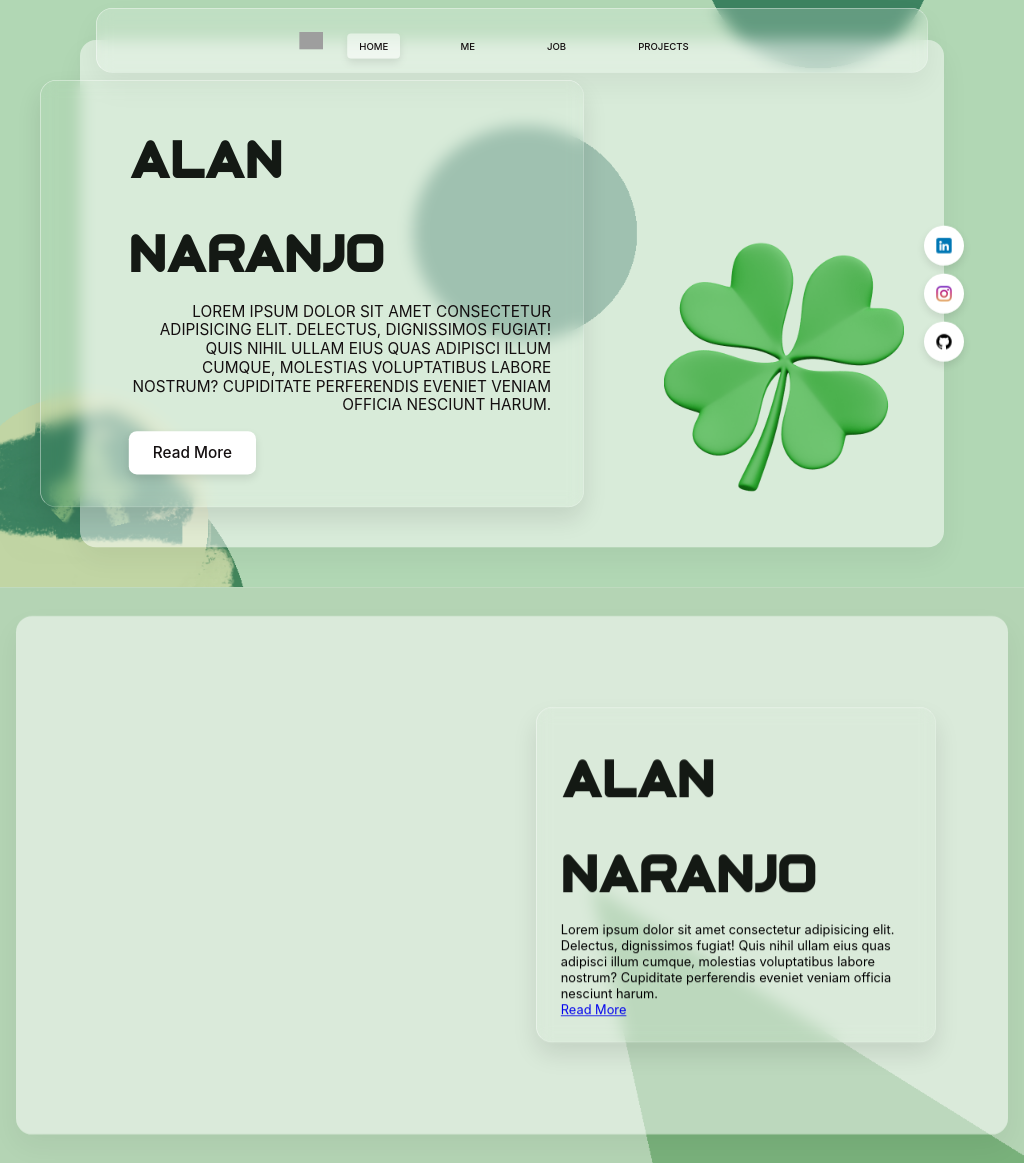
Repository: L-A-M-J-O/Me-sitio-Web
Page: / (app in my-project/)
These files come from the project's save history. The page is drawn as it stood at one moment and after the next save; the edit follows.
The browser window is 1280 px wide. The pictures show the whole page, at 80% of full size.
The pointer rests on the first visible `.content-me`.
Pictures or frames that could not be fetched are drawn as grey boxes. Backgrounds fixed to the window are drawn as part of the page. The project was rebuilt for these pictures with package versions that can differ from the ones it lists, and the page was loaded fresh each time.

Above is the page before, as saved 2022-09-20 16:11:45.

After the next save:
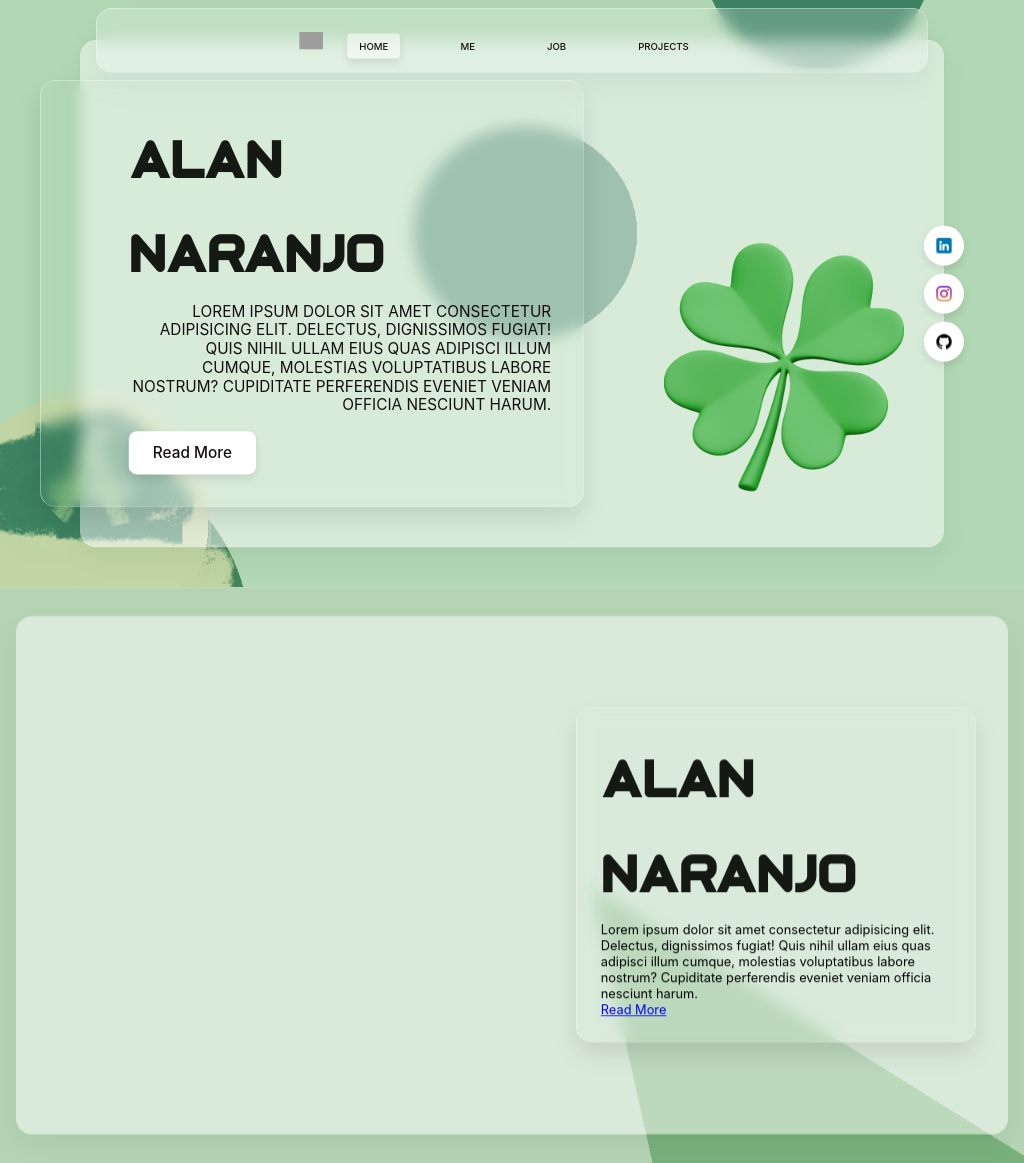
Saved 6 s later.
--- a/my-project/src/components/Me/Me.css
+++ b/my-project/src/components/Me/Me.css
@@ -35,7 +35,7 @@
     cursor: pointer;
 }
 .content-me:hover{
-    transform: translateX(600px);
+    transform: translateX(650px);
     max-width: 500px;
 }
 .content-me h2 {
